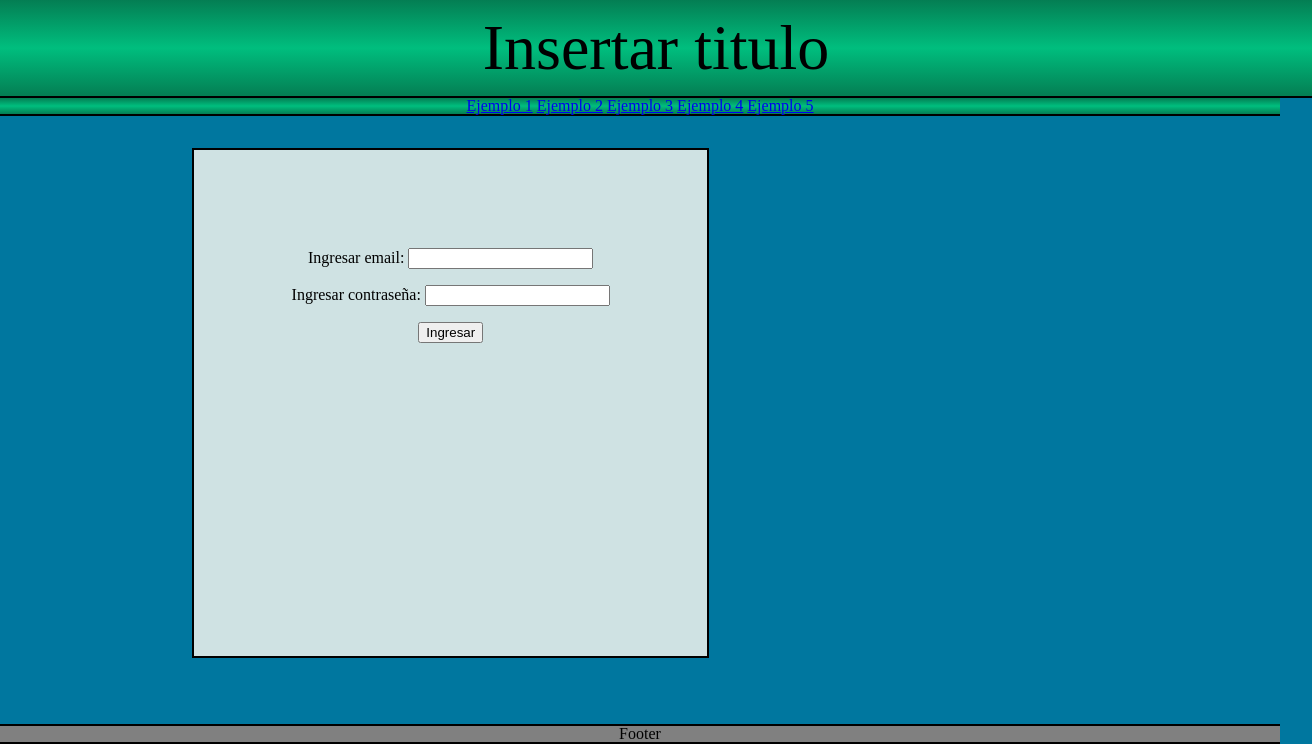
Repository: FacundoKinderknecht/Parcial-2-LPPA
Page: login/login.html
The author's editor kept a copy of each file at every save. The page is drawn from the files as they stood at one save, then again after the next save.
The browser window is 1280 px wide. The page is 1312 px wide, so the pictures cover 1312 px, including what lies to the right of the window. The pictures show the whole page.

Above is the page before, as saved 2022-07-06 10:32:40.

After the next save:
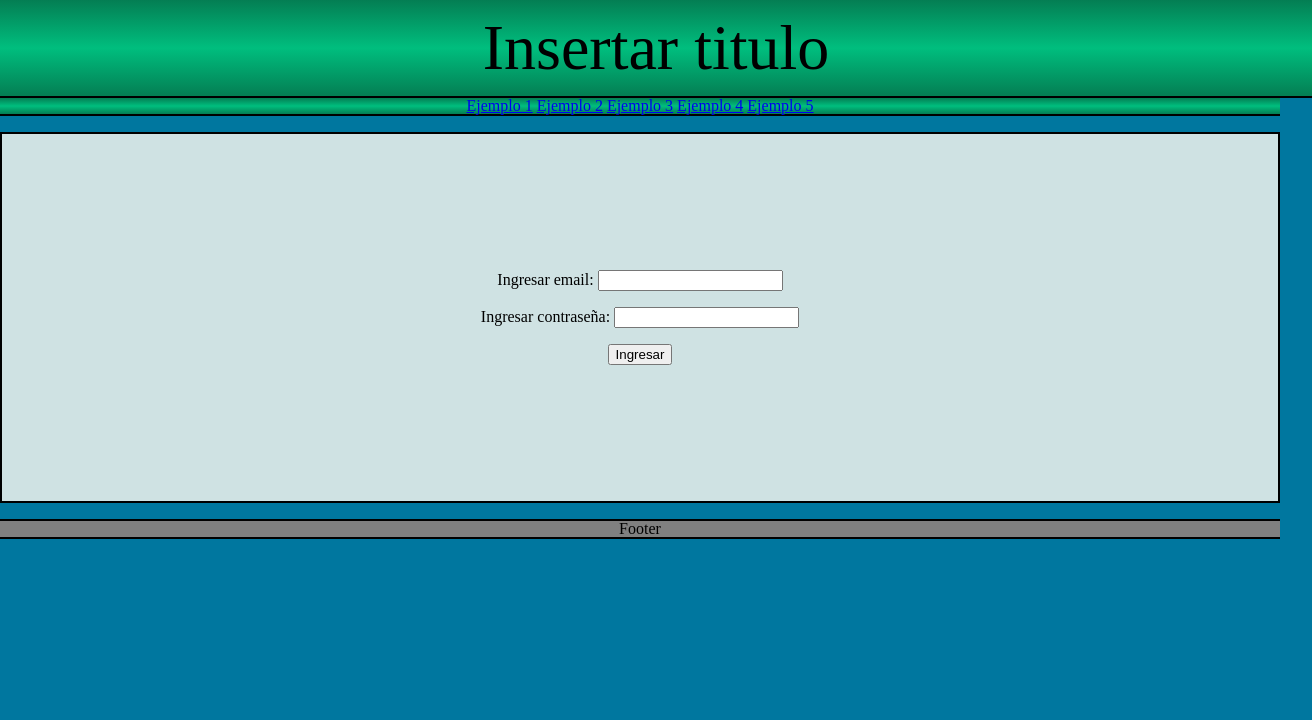
Saved 8 s later.
--- a/login/login.css
+++ b/login/login.css
@@ -24,7 +24,7 @@ body{
     margin: 0;
 }
 main{
-    display: inline-flex;
+    display: inline;
     width: 70%;
     padding: 2rem;
     height: 34rem;
